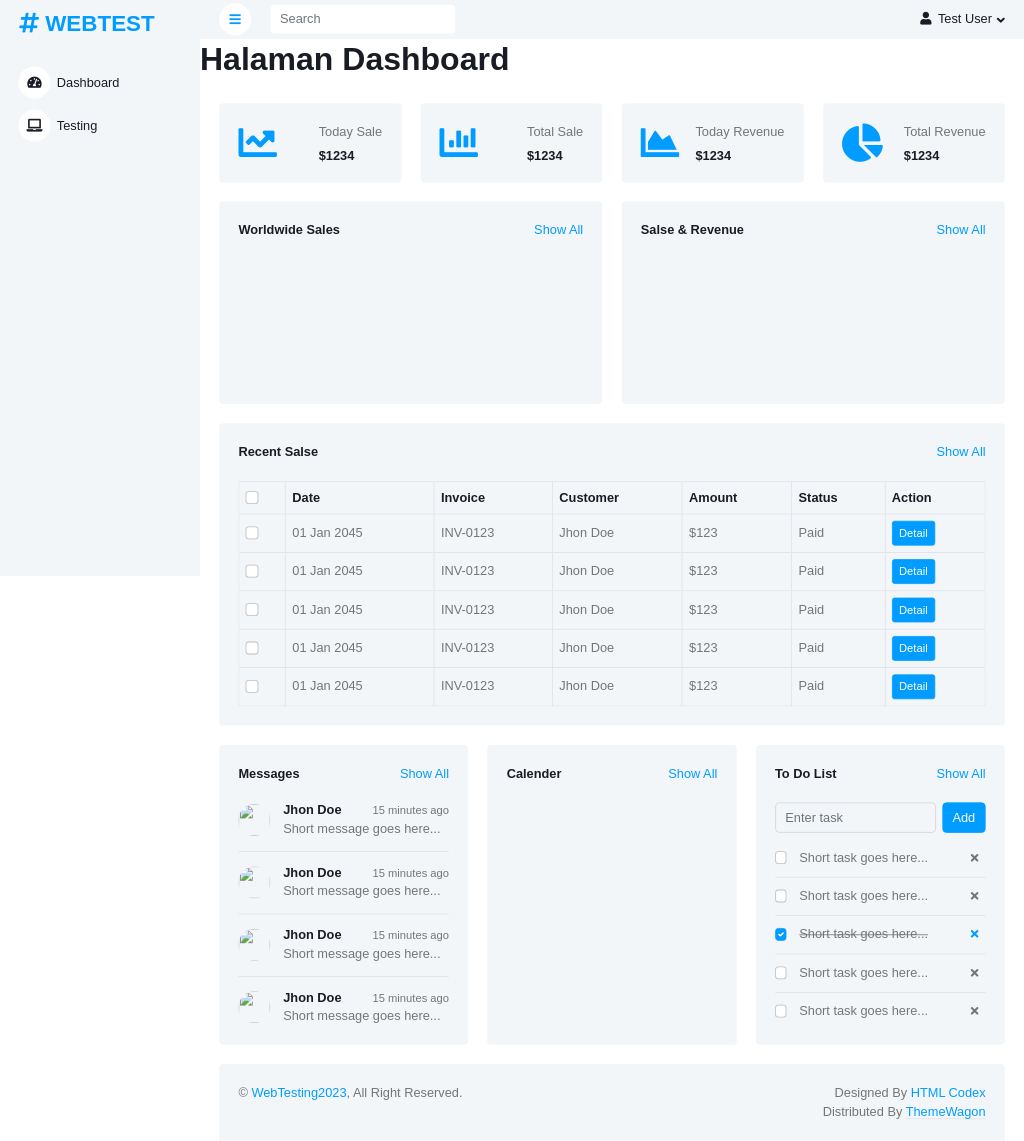
Repository: MarsellaDF/web-testing-jamur
Page: resources/views/dashboard.blade.php
An editor plug-in stored every save of this project. The page is shown before and after the next save, followed by the edit.
The browser window is 1280 px wide. The pictures show the whole page, at 80% of full size.
Some web fonts or font styles are not loaded; a fallback is used. Some web libraries are served in a nearby version. The page is served by the project's Laravel application, run on PHP 8.4 with Laravel 10. A made-up administrator, Test User (test@example.com), is signed in. The template is opened directly, without the code that normally fills it, so the values that code supplies are empty.

Above is the page before, as saved 2023-06-12 19:33:57.
Console error: TypeError: $(...).waypoint is not a function

After the next save:
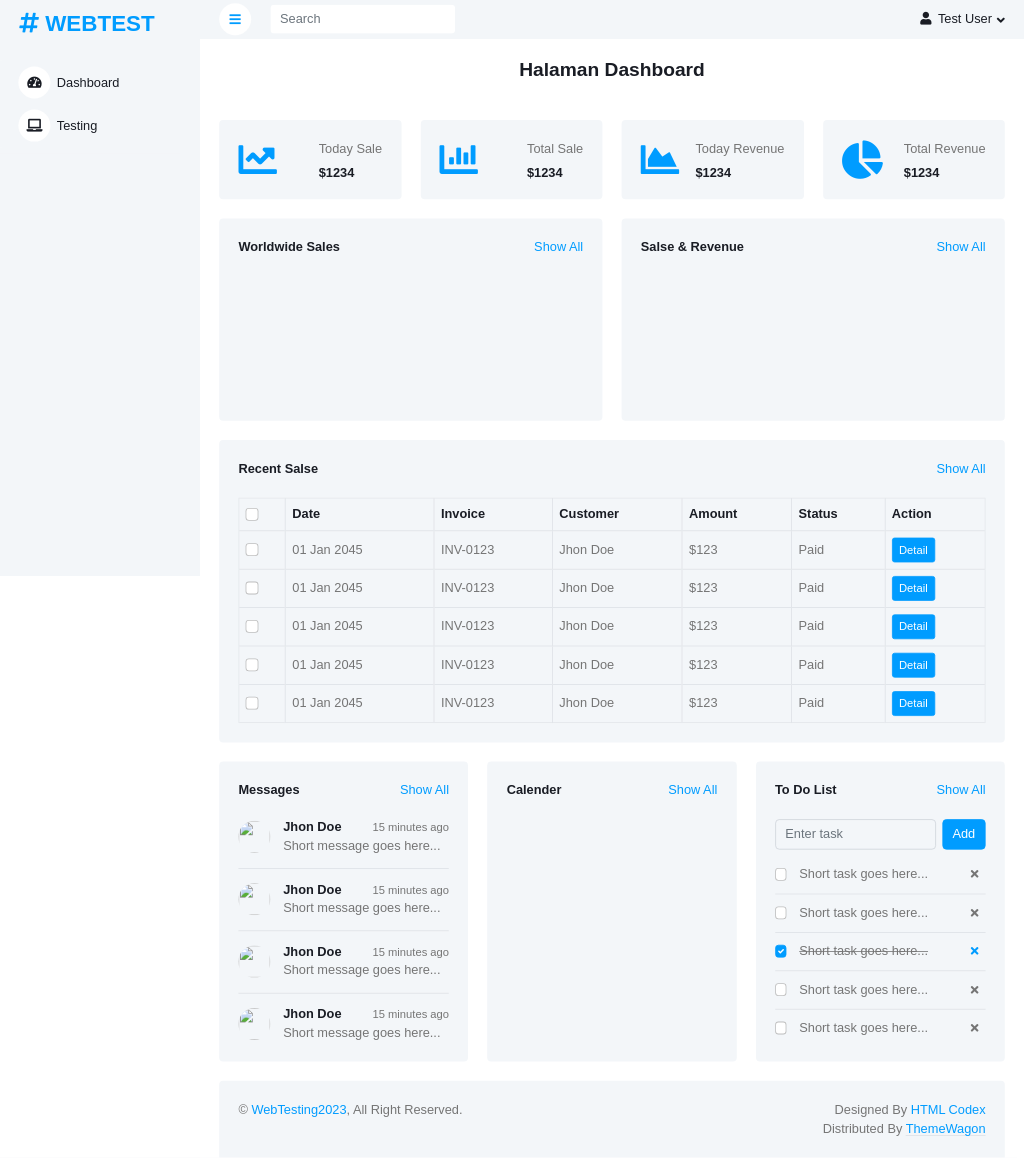
Saved 34 s later.
--- a/web-testing-app/resources/views/dashboard.blade.php
+++ b/web-testing-app/resources/views/dashboard.blade.php
@@ -1,6 +1,6 @@
 <x-app-layout>
     @section('content')
-        <h1>Halaman Dashboard</h1>
+        <h4 class="text-center my-4">Halaman Dashboard</h1>
 
        <!-- Sale & Revenue Start -->
        <div class="container-fluid pt-4 px-4">
